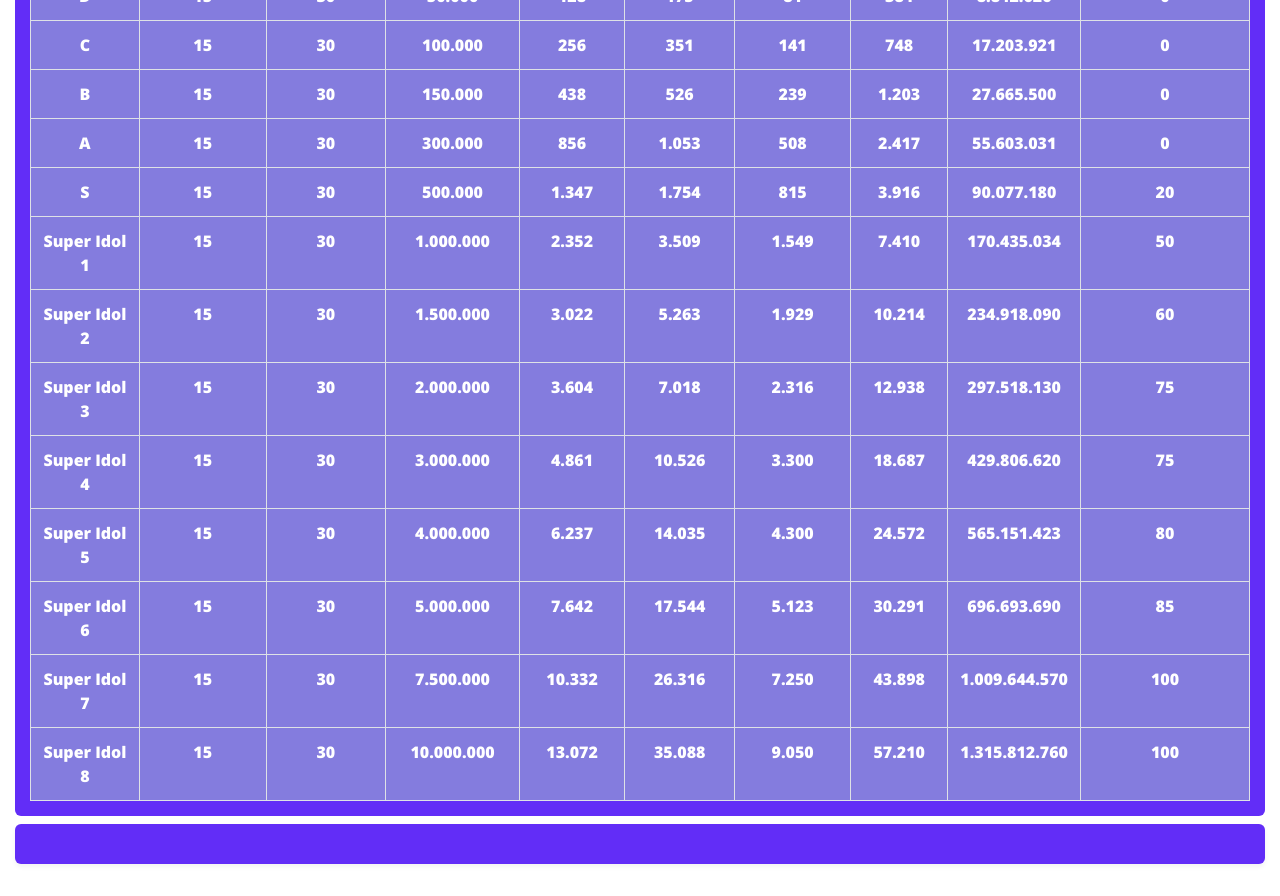
Repository: dav1601/nimo-work
Page: index.html
An editor plug-in stored every save of this project. The page is shown before and after the next save, followed by the edit.
The browser window is 1280 px wide. The pictures show the part of the page from y = 503 to 1455 px (the page is 1399 px tall before and 1455 px after).
A picture or video elsewhere on the page could not be fetched, so the positions and the page height are approximate.

Above is the page before, as saved 2022-04-15 01:23:22.

After the next save:
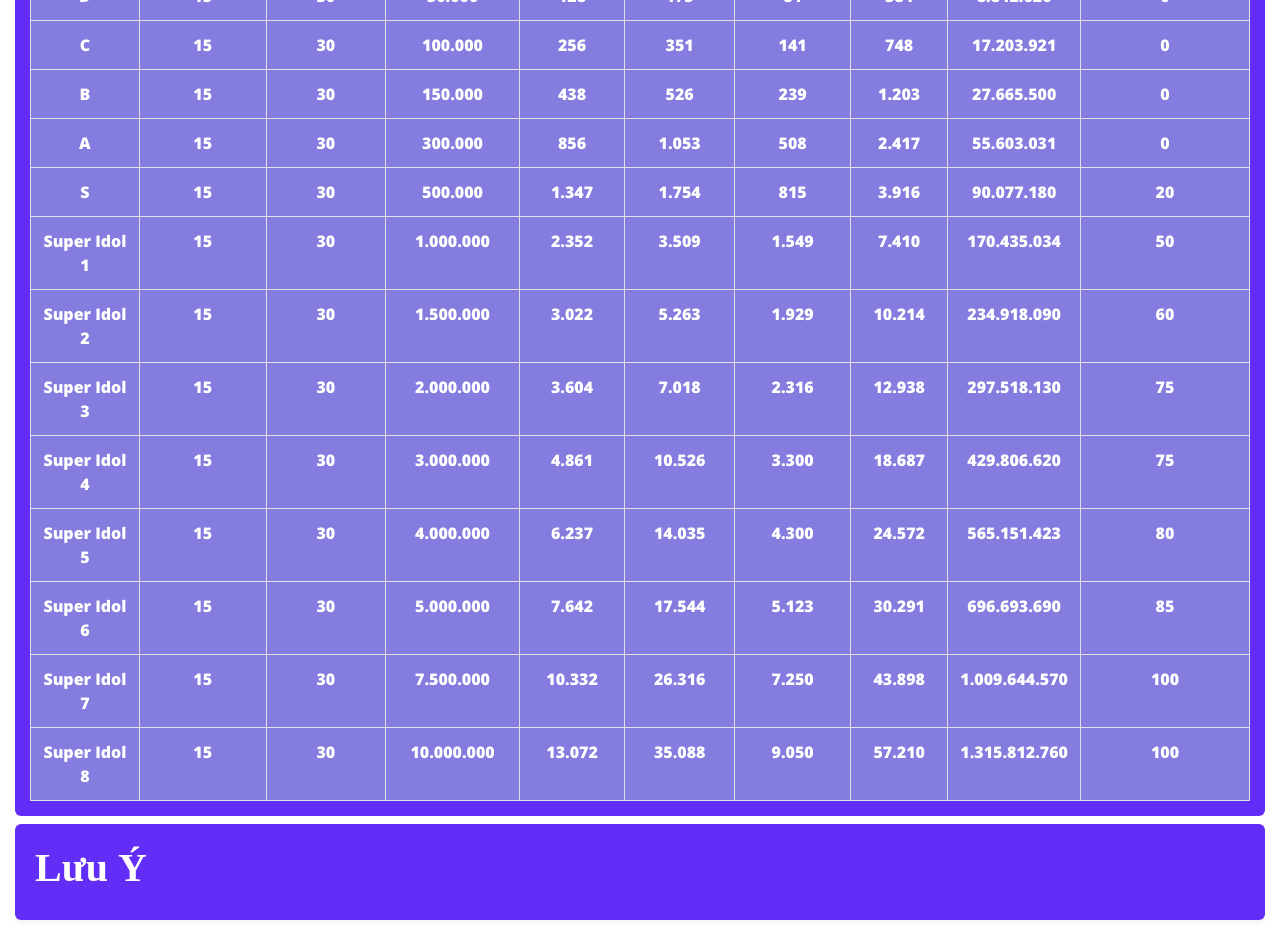
Saved 7 s later.
--- a/index.html
+++ b/index.html
@@ -384,7 +384,7 @@
             </table>
         </div>
         <footer class="mt-2">
-
+             <h1>Lưu Ý</h1>
         </footer>
     </div>
 </body>
